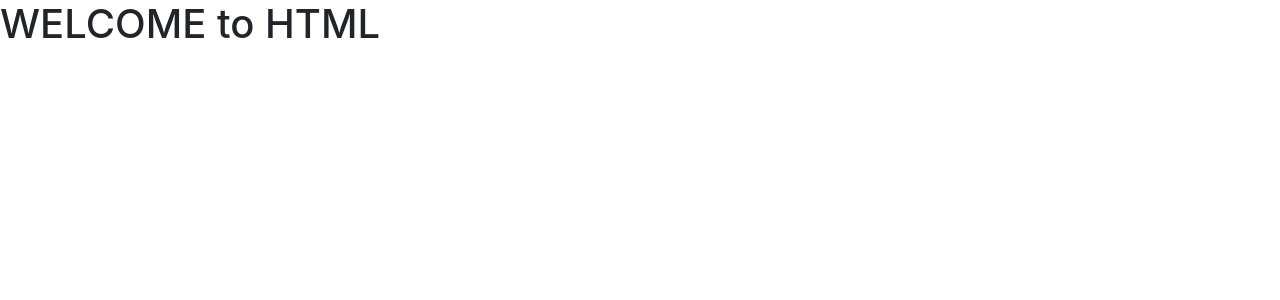
Repository: Green-Technologies-Angular/HTML
Page: index.html
These files come from the project's save history. The page is drawn as it stood at one moment and after the next save; the edit follows.
The browser window is 1280 px wide. The pictures show the whole page.
Some web libraries are served in a nearby version.

Above is the page before, as saved 2019-01-29 10:11:48.

### index.html
<!DOCTYPE html>
<html>
<head>
<title>Title of the document</title>
<link rel="stylesheet" href="https://stackpath.bootstrapcdn.com/bootstrap/4.2.1/css/bootstrap.min.css" integrity="sha384-GJzZqFGwb1QTTN6wy59ffF1BuGJpLSa9DkKMp0DgiMDm4iYMj70gZWKYbI706tWS" crossorigin="anonymous">
</head>

<body>
<h1>WELCOME to HTML</h1>

<script src="https://code.jquery.com/jquery-3.3.1.slim.min.js" integrity="sha384-q8i/X+965DzO0rT7abK41JStQIAqVgRVzpbzo5smXKp4YfRvH+8abtTE1Pi6jizo" crossorigin="anonymous"></script>
<script src="https://cdnjs.cloudflare.com/ajax/libs/popper.js/1.14.6/umd/popper.min.js" integrity="sha384-wHAiFfRlMFy6i5SRaxvfOCifBUQy1xHdJ/yoi7FRNXMRBu5WHdZYu1hA6ZOblgut" crossorigin="anonymous"></script>
<script src="https://stackpath.bootstrapcdn.com/bootstrap/4.2.1/js/bootstrap.min.js" integrity="sha384-B0UglyR+jN6CkvvICOB2joaf5I4l3gm9GU6Hc1og6Ls7i6U/mkkaduKaBhlAXv9k" crossorigin="anonymous"></script>
</body>

</html>

After the next save:
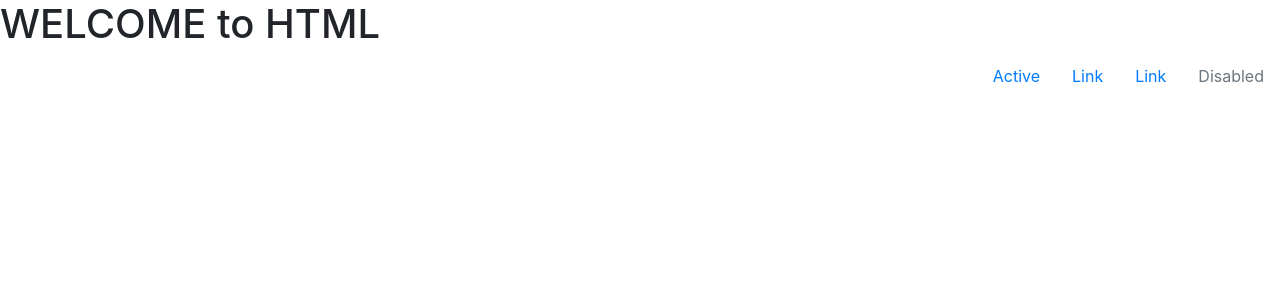
Saved 4 min 42 s later.
--- a/index.html
+++ b/index.html
@@ -7,7 +7,20 @@
 
 <body>
 <h1>WELCOME to HTML</h1>
-
+<ul class="nav justify-content-end">
+    <li class="nav-item">
+      <a class="nav-link active" href="#">Active</a>
+    </li>
+    <li class="nav-item">
+      <a class="nav-link" href="#">Link</a>
+    </li>
+    <li class="nav-item">
+      <a class="nav-link" href="#">Link</a>
+    </li>
+    <li class="nav-item">
+      <a class="nav-link disabled" href="#" tabindex="-1" aria-disabled="true">Disabled</a>
+    </li>
+  </ul>
 <script src="https://code.jquery.com/jquery-3.3.1.slim.min.js" integrity="sha384-q8i/X+965DzO0rT7abK41JStQIAqVgRVzpbzo5smXKp4YfRvH+8abtTE1Pi6jizo" crossorigin="anonymous"></script>
 <script src="https://cdnjs.cloudflare.com/ajax/libs/popper.js/1.14.6/umd/popper.min.js" integrity="sha384-wHAiFfRlMFy6i5SRaxvfOCifBUQy1xHdJ/yoi7FRNXMRBu5WHdZYu1hA6ZOblgut" crossorigin="anonymous"></script>
 <script src="https://stackpath.bootstrapcdn.com/bootstrap/4.2.1/js/bootstrap.min.js" integrity="sha384-B0UglyR+jN6CkvvICOB2joaf5I4l3gm9GU6Hc1og6Ls7i6U/mkkaduKaBhlAXv9k" crossorigin="anonymous"></script>
